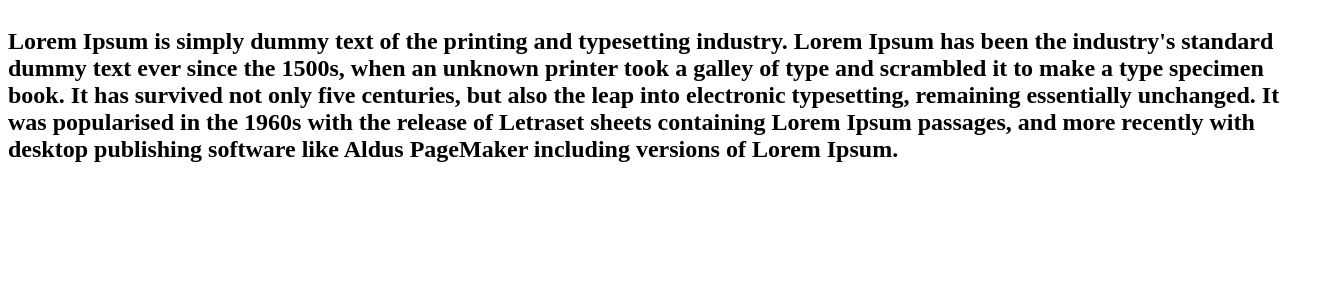
Repository: daeun0220/KB_EDU_JAVA
Page: work03_FrontUI/front02_CSS3/src/main/webapp/css00_practice.html
These files come from the project's save history. The page is drawn as it stood at one moment and after the next save; the edit follows.
The browser window is 1280 px wide. The page is 1280 px wide, then 1322 px, so the pictures cover 1322 px, including what lies to the right of the window. The pictures show the whole page.

Above is the page before, as saved 2023-08-08 02:32:48.

### work03_FrontUI/front02_CSS3/src/main/webapp/css00_practice.html
<!DOCTYPE html>
<html>
<head>
<meta charset="UTF-8">
<title>Insert title here</title>
<style>
h2 {
	position: absolute;
}
</style>
</head>
<body>
<h2>Lorem Ipsum is simply dummy text of the printing and typesetting industry. Lorem Ipsum has been the industry's standard dummy text ever since the 1500s, when an unknown printer took a galley of type and scrambled it to make a type specimen book. It has survived not only five centuries, but also the leap into electronic typesetting, remaining essentially unchanged. It was popularised in the 1960s with the release of Letraset sheets containing Lorem Ipsum passages, and more recently with desktop publishing software like Aldus PageMaker including versions of Lorem Ipsum.</h2>
</body>
</html>

After the next save:
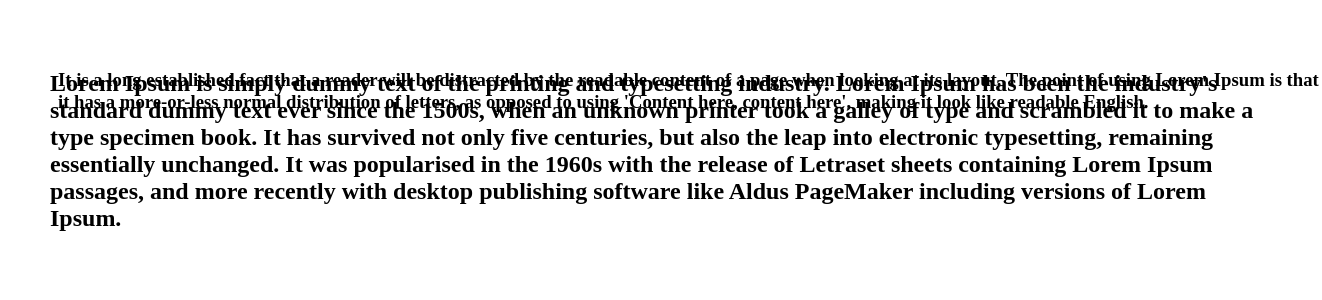
Saved 104 s later.
--- a/work03_FrontUI/front02_CSS3/src/main/webapp/css00_practice.html
+++ b/work03_FrontUI/front02_CSS3/src/main/webapp/css00_practice.html
@@ -6,10 +6,19 @@
 <style>
 h2 {
 	position: absolute;
+	left: 50px;
+	top: 50px;
+}
+
+h3 {
+	position: relative;
+	left: 50px;
+	top: 50px;
 }
 </style>
 </head>
 <body>
 <h2>Lorem Ipsum is simply dummy text of the printing and typesetting industry. Lorem Ipsum has been the industry's standard dummy text ever since the 1500s, when an unknown printer took a galley of type and scrambled it to make a type specimen book. It has survived not only five centuries, but also the leap into electronic typesetting, remaining essentially unchanged. It was popularised in the 1960s with the release of Letraset sheets containing Lorem Ipsum passages, and more recently with desktop publishing software like Aldus PageMaker including versions of Lorem Ipsum.</h2>
+<h3>It is a long established fact that a reader will be distracted by the readable content of a page when looking at its layout. The point of using Lorem Ipsum is that it has a more-or-less normal distribution of letters, as opposed to using 'Content here, content here', making it look like readable English. </h3>
 </body>
 </html>
